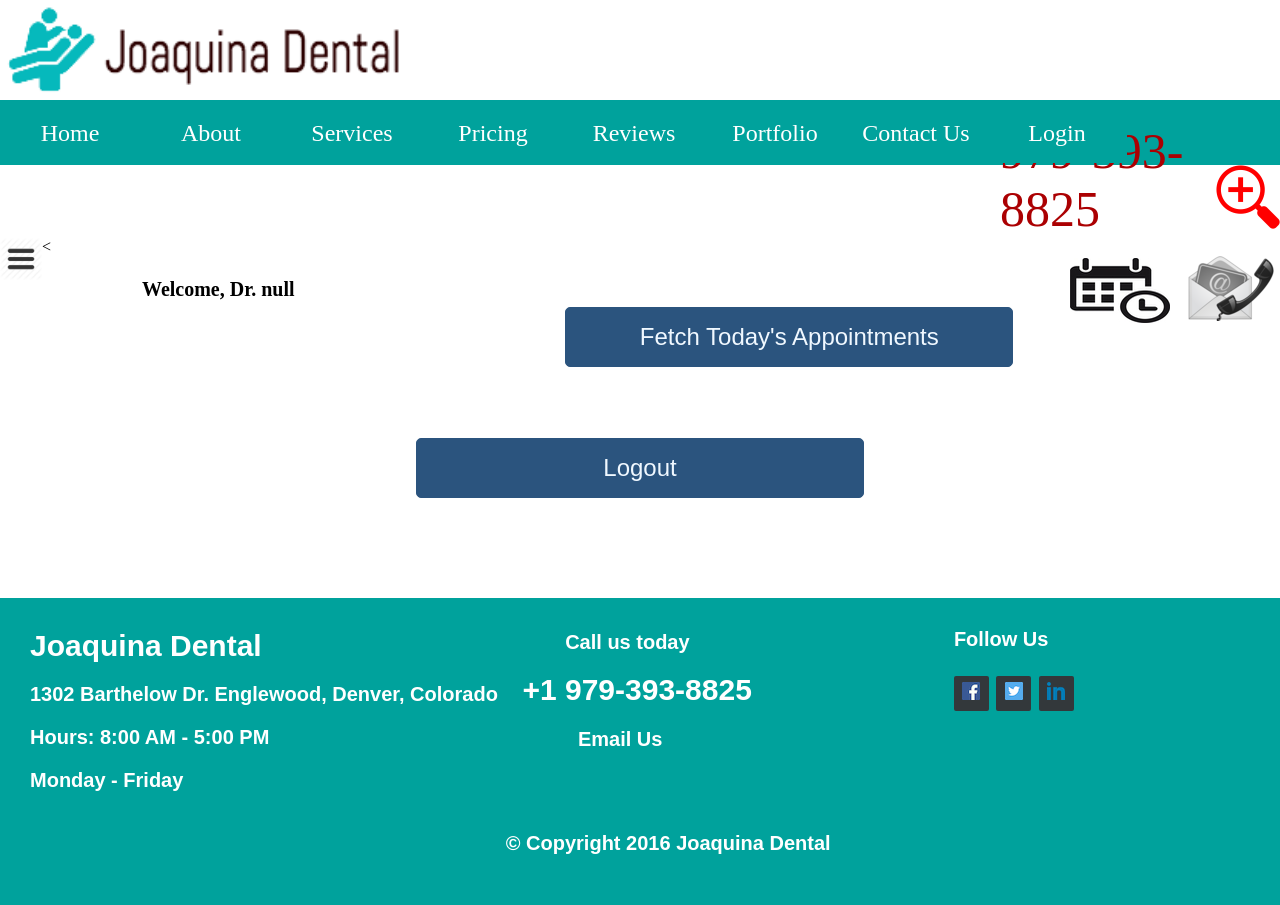
Repository: ManjushaBolishetty/test
Page: http://localhost/test/DentistHomePage.jsp
An editor plug-in stored every save of this project. The page is shown before and after the next save, followed by the edit.
The browser window is 1280 px wide. The pictures show the whole page.
The page is served by Tomcat 9.

Above is the page before, as saved 2016-04-03 07:52:35.

After the next save:
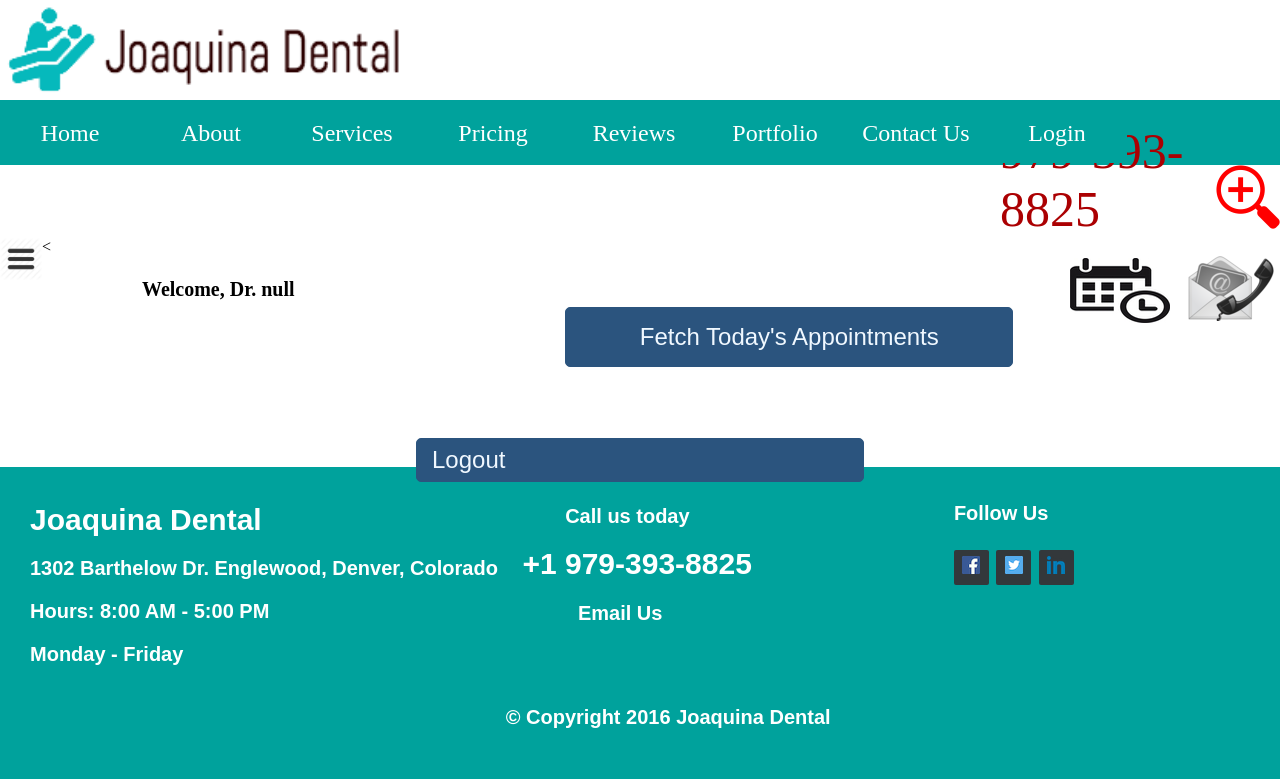
Saved 17 s later.
--- a/test/WebContent/CSS/testeverything.css
+++ b/test/WebContent/CSS/testeverything.css
@@ -233,7 +233,7 @@ input[type=checkbox]:checked ~ #menu{
   text-align:center;
 }
 
-.Logoutbutton a{
+.Logoutbutton input{
 	float: left;
 	padding-right:100px;
 	font-size: 20px;
